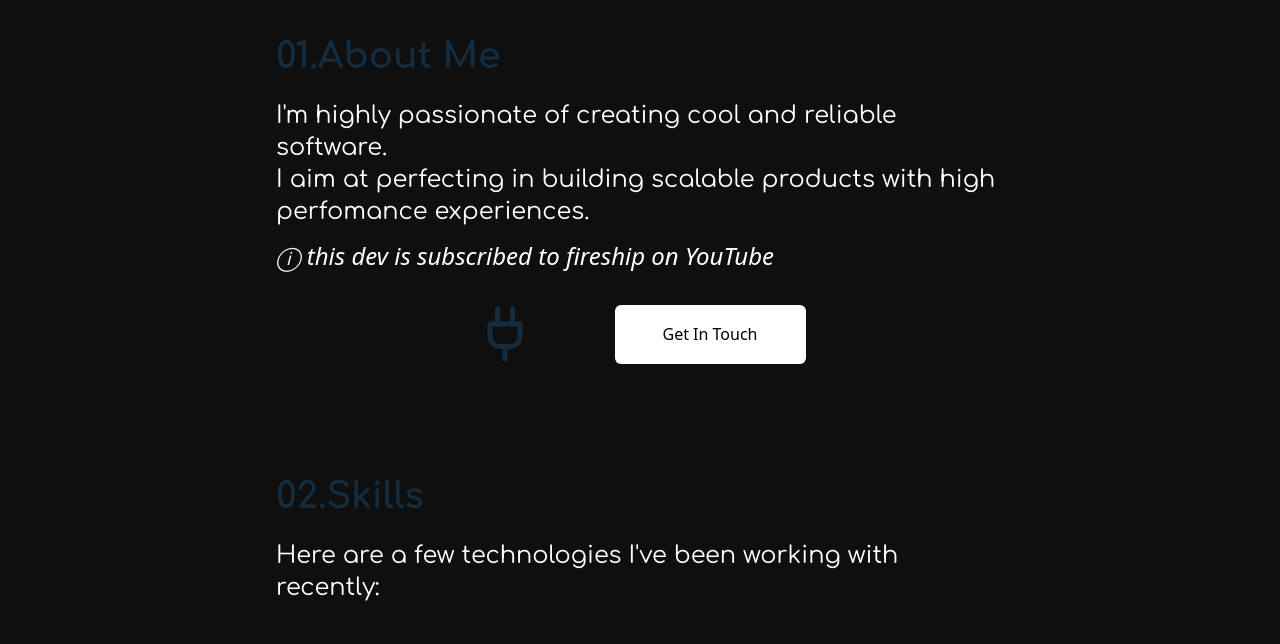
Repository: tushcmd/tushdev-portfolio
Page: /
The author's editor kept a copy of each file at every save. The page is drawn from the files as they stood at one save, then again after the next save.
The browser window is 1280 px wide. The pictures show the part of the page from y = 598 to 1550 px (the page is 1242 px tall before and 1550 px after).
The project was rebuilt for these pictures with package versions that can differ from the ones it lists, and the page was loaded fresh each time. The framework's server and built-in components were replaced by stand-ins that run in the browser. Also part of the build but not shown: next.config.js.

Above is the page before, as saved 2023-12-15 13:05:12.

After the next save:
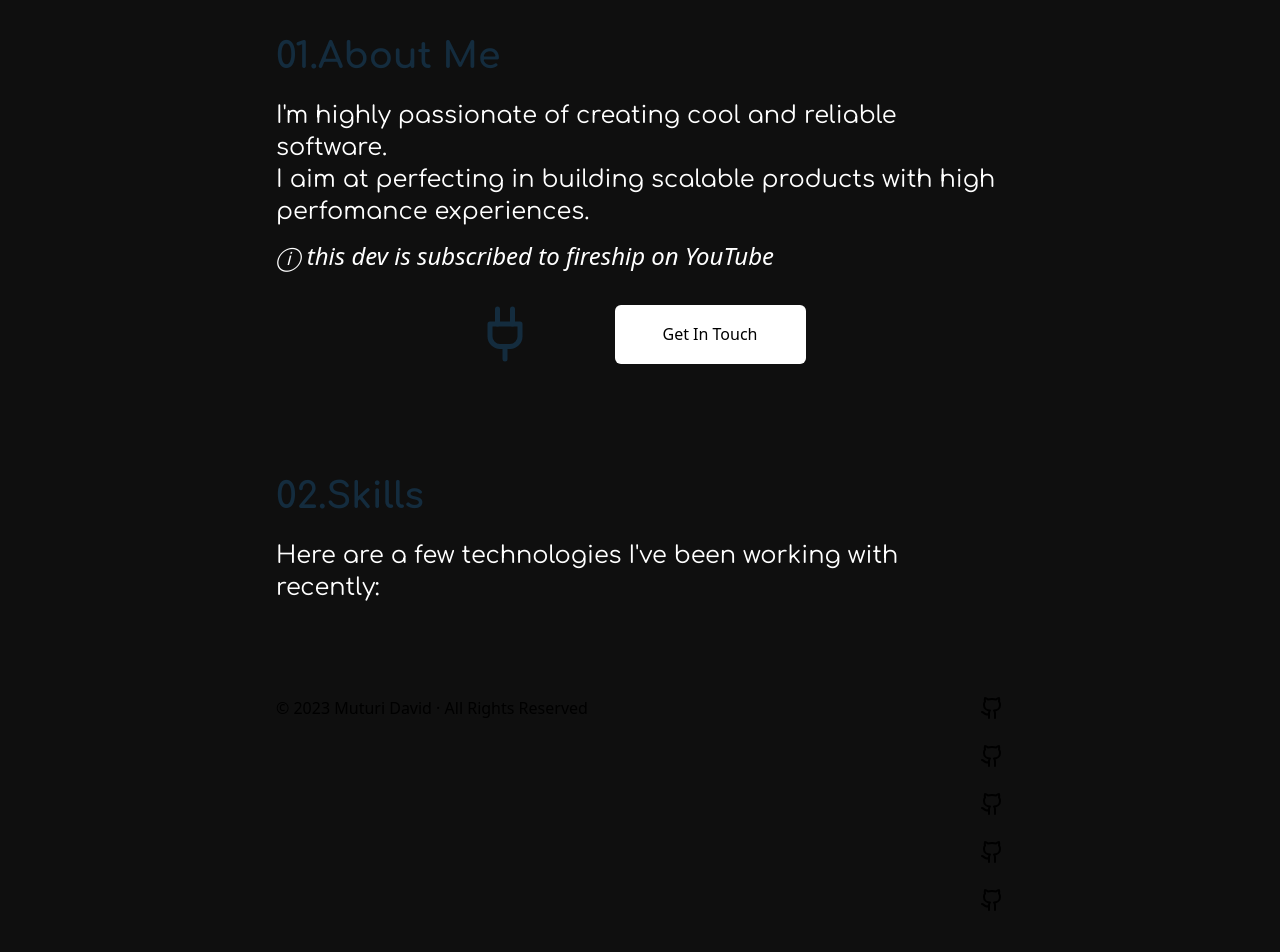
Saved 21 s later.
--- a/app/page.tsx
+++ b/app/page.tsx
@@ -2,6 +2,7 @@ import Navbar from '@/app/ui/nav';
 import Hero from '@/app/ui/hero';
 import About from './ui/about';
 import Skills from '@/app/ui/skills'
+import Footer from './ui/footer';
 
 export default function Page() {
   return (
@@ -10,6 +11,7 @@ export default function Page() {
       <Hero />
       <About />
       <Skills />
+      <Footer />
     </main>
   );
 }
